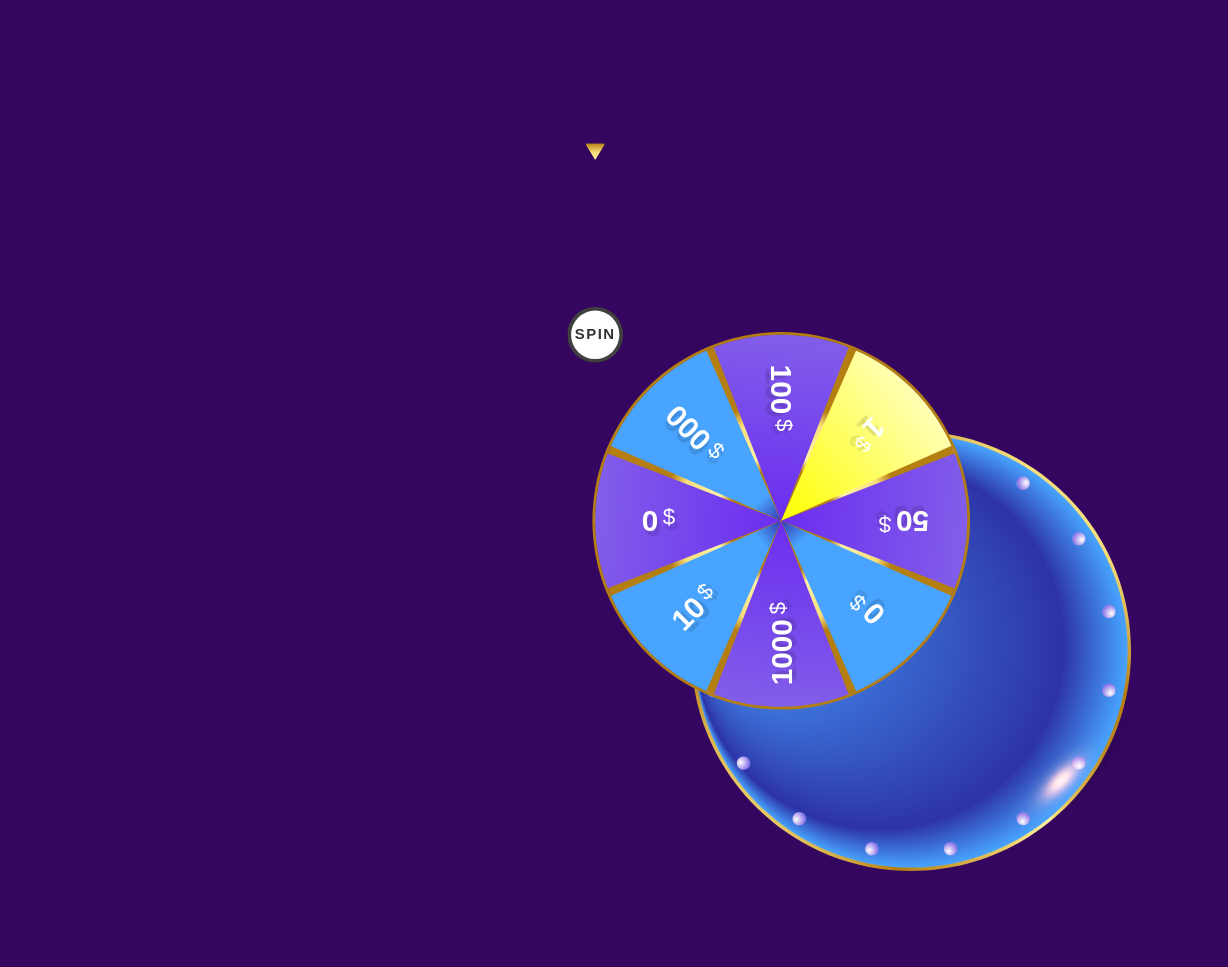
Repository: Jacques-Jaki-Morkel/FundedMarketplace_WheelofFortune
Page: index.html
These files come from the project's save history. The page is drawn as it stood at one moment and after the next save; the edit follows.
The browser window is 1280 px wide. The page is 1320 px wide, then 1280 px, so the pictures cover 1320 px, including what lies to the right of the window. The pictures show the whole page, at 93% of full size.

Above is the page before, as saved 2025-08-14 13:40:11.

### index.html
<!DOCTYPE html>
<html lang="en">

<head>
    <meta charset="UTF-8">
    <meta name="viewport" content="width=device-width, initial-scale=1.0">
    <title>Wheel of Fortune - Funded Marketplace</title>
    <link rel="stylesheet" href="styles.css">
</head>

<body>
    <div class="container">
        <div class="spinBtn">
            SPIN
        </div>
        <img class="wheel-frame" src="assets/rings.svg" alt="wheel rings">
        <div class="wheel">
            <div class="number" style=" --i:1 ;">
                <span>100</span>
            </div>
            <div class="number" style=" --i:2 ;--clr2: linear-gradient(var(--angle), white, yellow);">
                <span>1</span>
            </div>
            <div class="number" style=" --i:3 ;">
                <span>50</span>
            </div>
            <div class="number" style=" --i:4 ;--clr2: linear-gradient(var(--angle), #8b72e7 0%, #48a4ff 7%, #48a4ff 89%,  #3638ad 100%);">
                <span>0</span>
            </div>
            <div class="number" style=" --i:5 ;">
                <span>1000</span>
            </div>
            <div class="number" style=" --i:6 ;--clr2: linear-gradient(var(--angle), #8b72e7 0%, #48a4ff 7%, #48a4ff 89%,  #3638ad 100%);">
                <span>10</span>
            </div>
            <div class="number" style=" --i:7 ;">
                <span>0</span>
            </div>
            <div class="number" style=" --i:8 ;--clr2: linear-gradient(var(--angle), #8b72e7 0%, #48a4ff 7%, #48a4ff 89%,  #3638ad 100%);">
                <span>000</span>
            </div>
        </div>
    <div>
    <script src="script.js"></script>
</body>

</html>

### styles.css
* {
    margin: 0;
    padding: 0;
    box-sizing: border-box;
    font-family: 'Poppins', sans-serif;
}

body {
    display: flex;
    justify-content: center;
    align-items: center;
    min-height: 100vh;
    background: rgb(52, 6, 96);
}

.container {
    position: relative;
    width: 400px;
    height: 400px;
    display: flex;
    justify-content: center;
    align-items: center;
}

.container .spinBtn {
    position: absolute;
    width: 60px;
    height: 60px;
    background: #fff;
    border-radius: 50%;
    z-index: 10;
    display: flex;
    justify-content: center;
    align-items: center;
    text-transform: uppercase;
    font-weight: 600;
    color: #333;
    letter-spacing: 0.1em;
    border: 4px solid rgba(0, 0, 0, 0.75);
    cursor: pointer;
    user-select: none;
}

.container .spinBtn::before {
    content: '';
    position: absolute;
    top: -180px;
    width: 20px;
    transform: rotate(180DEG);
    height: 30px;
    background: linear-gradient(#b57e10  ,#fff3a6 , #f9df7b , #b57e10 );
    clip-path: polygon(50% 40%, -5% 100%, 105% 100%);
}

.container .wheel {
    position: absolute;
    top: 50%;
    left: 50%;
    width: 100%;
    height: 100%;

    border-radius: 50%;
    overflow: hidden; /* keeps slices inside the wheel */
    z-index: 2; /* above frame */
    background: radial-gradient(#b57e10 20%, #fff3a6 25%, #f9df7b 39%, #b57e10 45%);
     box-shadow: 0 0 0 3px rgba(181, 126, 16, 1)


}

.wheel-frame {
    position: absolute;
    top: 50%;
    left: 50%;
    width: 170%; /* bigger than wheel */
    height: 170%;

    z-index: 1; /* behind the wheel */
    pointer-events: none; /* allows clicking wheel slices */
}


.container .wheel .number {
    position: absolute;
    width: 50%;
    height: 50%;
    background:var(--clr2, linear-gradient(var(--angle), #8b72e7, #6b2df0));
    --angle: 140deg;
    transform-origin: bottom right;
    transform: rotate(calc(45deg * var(--i)));
    clip-path: polygon(0 0, 56% 0, 100% 100%, 0 56%);
    display: flex;
    justify-content: center;
    align-items: center;
    user-select: none;
    cursor: pointer;
}

.container .wheel .number span {
    position: relative;
    transform: rotate(45deg);
    color: #fff;
    font-size: 2em;
    font-weight: 700;
    text-shadow: 3px 5px 2px rgba(0, 0, 0, 0.15);
}

.container .wheel .number span::after {
    content: '$';
    padding-left: 5px;
    position: absolute;
    font-size: 0.75em;
    font-weight: 500;
}

### script.js
const wheel = document.querySelector('.wheel');
const spinButton = document.querySelector('.spinBtn');
const value = Math.ceil(Math.random() * 360);

spinButton.addEventListener('click', () => {
    const rotations = Math.max(Math.random() * 100, 15); // Ensure at least 15 full rotations
    const randomDegree = Math.floor(Math.random() * (360*rotations)) + 720; // Ensure at least two full rotations
    const finalDegree = value + randomDegree;

    wheel.style.transition = 'transform 5s ease-in-out';
    wheel.style.transform = `rotate(${finalDegree}deg)`;

//     spin styles
//     cubic-bezier(0.33, 1, 0.68, 1)
})

After the next save:
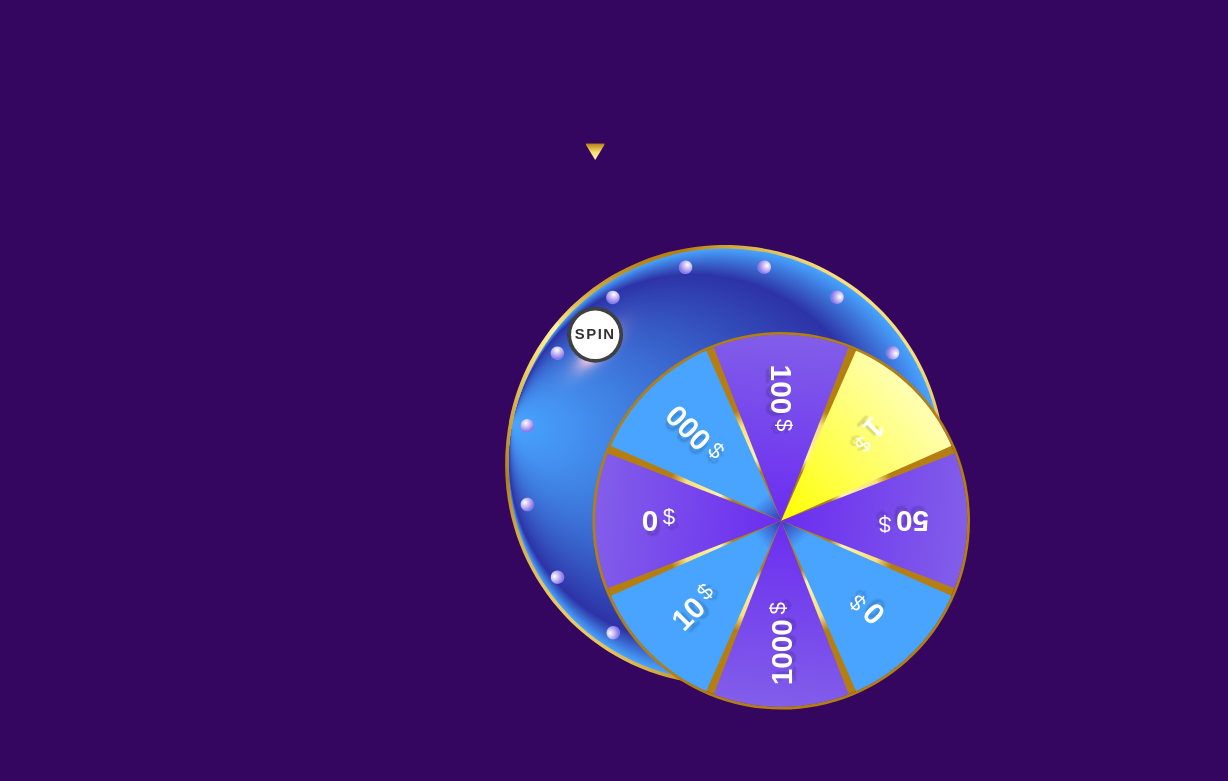
Saved 12 s later.
--- a/styles.css
+++ b/styles.css
@@ -74,7 +74,7 @@ body {
     left: 50%;
     width: 170%; /* bigger than wheel */
     height: 170%;
-
+    inset: 0;;
     z-index: 1; /* behind the wheel */
     pointer-events: none; /* allows clicking wheel slices */
 }
